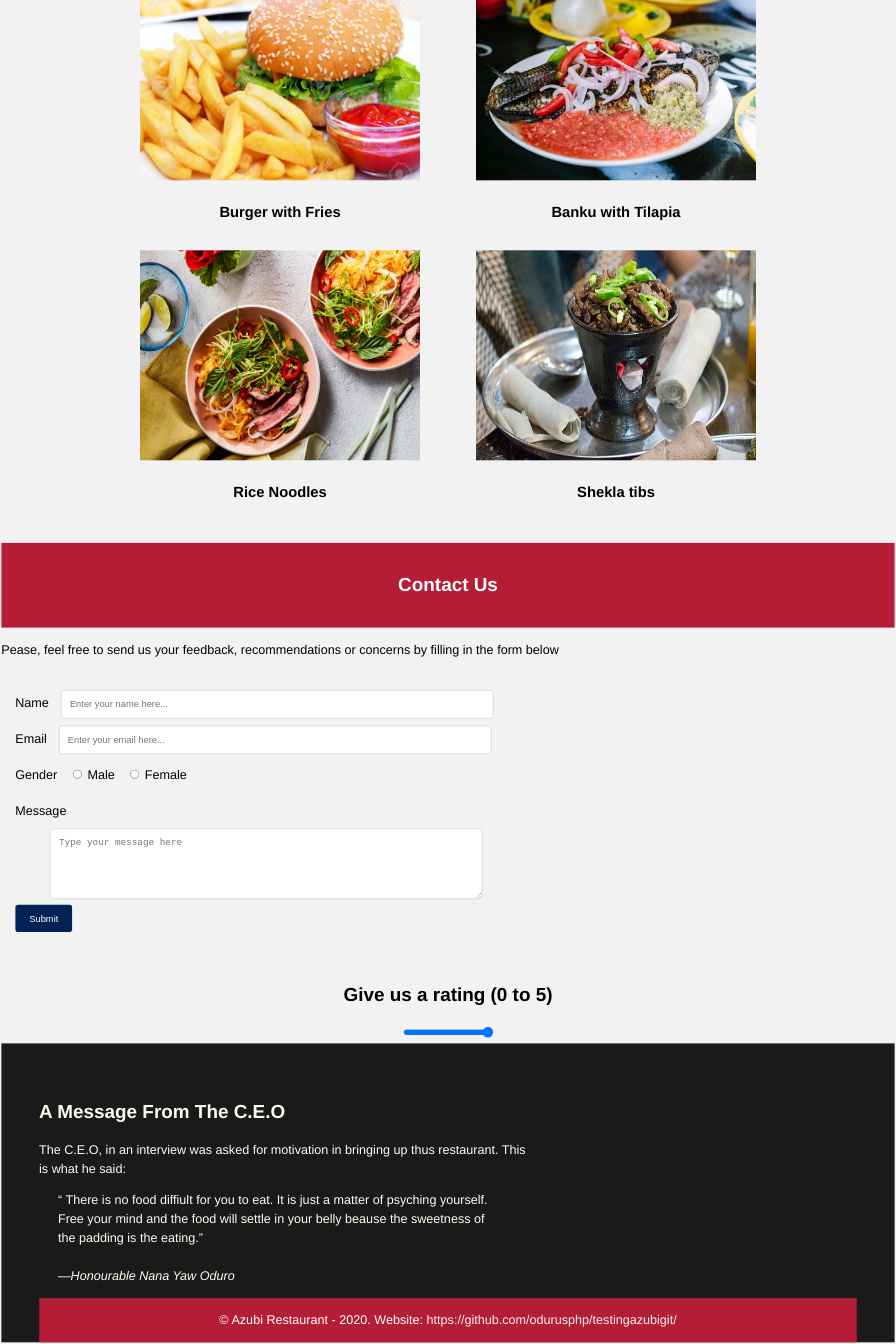
Repository: odurusphp/testingazubigit
Page: Fortune/FortunatusWulnye.html
These files come from the project's save history. The page is drawn as it stood at one moment and after the next save; the edit follows.
The browser window is 1280 px wide. The pictures show the part of the page from y = 2711 to 4631 px (the page is 4631 px tall), at 70% of full size.

Above is the page before, as saved 2020-08-05 22:04:33.

### Fortune/FortunatusWulnye.html
<!--COMMENTS THAT ARE MINE ARE WRITTEN IN CAPITAL LETTERS-->
<!--THE GENERAL STRUCTURE OF THE PAGE IS GOOD WITH THE INDENTATION TOO-->
<!--THE CLASSES THAT YOU IMPLEMENTED TOO ARE GREAT KEEP IT UP-->
<!DOCTYPE html>
<html lang="en">

<head>

    <meta charset="UTF-8" />
    <meta name="viewport" content="width=device-width, initial-scale=1.0" />
    <title>The Azubi Restaurant</title>
    <meta name="descrition" content="A website for Azubi restaurant">
    <meta name="author" content="Fortunatus Aabangbio Wulnye">
    <link rel="stylesheet" href="css/style.css">

</head>

<body>

    <header class="main-header">
        <div class="brand">
            <h1 class="site-title"><a href="#">THE AZUBI RESTAURANT</a></h1>
        </div>
    </header>

    <main class="main-container">
        <section class="about-main">

            <aside class="about-text">
                <div class="about-header">
                    <h2>About the restaurant</h2>
                </div>
                <p>
                    The Azubi Restaurant is a German-based restaurant which provides
                    it's customers with both <br />
                    local and continental dishes. It's headquarters is in Bielefeld in
                    Germany. Lorem ipsum dolor sit amet consectetur adipisicing elit. Libero quibusdam pariatur iste
                    assumenda iure laudantium placeat deserunt soluta neque voluptatum eaque, vitae magni ab ullam
                    consequatur reprehenderit harum modi esse.
                </p>
            </aside>

            <div class="about-fig">
                <p>The image below is an interior view of the restaurant with a caption.</p>
                <figure>
                    <img src="images/FortununatusWulnyeRestaurant.jpg" alt="Azubi Restaurant" /> <br>
                    <figcaption>The Azubi Restaurant</figcaption>
                </figure>
            </div>

        </section>

        <section class="main-branches">
            <div class="branches-header">
                <h2>Branches Worldwide</h2>
            </div>

            <div class="branches">
                <p>You will find all the various branches grouped under the countries:</p>
                <dl>
                    <div class="ghana">
                        <figure class="branch-img">
                            <a href="">
                                <img src="images/ghana-flag.png" />
                            </a>
                            <figcaption>
                                <dt class="country">
                                    <h3>Ghana</h3>
                                </dt>
                                <div class="location">
                                    <dd><a href="#">Adenta - Accra</a></dd>
                                    <dd><a href="#">Tishegu - Tamale</a></dd>
                                    <dd><a href="#">Santasi - Kumasi</a></dd>
                                </div>
                            </figcaption>
                        </figure>
                    </div>

                    <div class="ethiopia">
                        <figure class="branch-img">
                            <a href="">
                                <img src="images/ethiopia-flag.jpg" />
                            </a>
                            <figcaption>
                                <dt class="country">
                                    <h3>Ethiopia</h3>
                                </dt>
                                <div class="location">
                                    <dd><a href="#">Sodo</a></dd>
                                    <dd><a href="#">Harar</a></dd>
                                </div>
                            </figcaption>
                        </figure>
                    </div>


                    <div class="afghanistan">
                        <figure class="branch-img">
                            <a href="">
                                <img src="images/afg-flag.png" />
                            </a>
                            <figcaption>
                                <dt class="country">
                                    <h3>Afghanistan</h3>
                                </dt>
                                <div class="location">
                                    <dd><a href="#">Herat</a></dd>
                                    <dd><a href="#">Khost</a></dd>
                                </div>
                            </figcaption>
                        </figure>
                    </div>

                </dl>
            </div>

        </section>

        <section class="menus">
            <h2>Menus Available</h2>
            <p>The Azubi Restaurant provides both local and continental dishes. Some of which include:</p>
            <ul>
                <div class="menu-img">
                    <figure>
                        <a href="#"> <img src="images/jollof.jpg" alt="Jollof Rice with Chicken and Sausage"></a>
                        <figcaption>
                            <li><a href="#">
                                    <h3>Jollof with Chicken & Sausage</h3>
                                </a> </li>
                        </figcaption>
                    </figure>
                </div>
                <div class="menu-img">
                    <figure>
                        <a href="#"> <img src="images/apapransa.jpg" alt="Apapransa"></a>
                        <figcaption>
                            <li><a href="#">
                                    <h3>Apapransa</h3>
                                </a></li>
                        </figcaption>
                    </figure>
                </div>
                <div class="menu-img">
                    <figure>
                        <a href="#"> <img src="images/burger_with_fries.jpg" alt="Burger with Fries"></a>
                        <figcaption>
                            <li><a href="#">
                                    <h3>Burger with Fries</h3>
                                </a></li>
                        </figcaption>
                    </figure>
                </div>
                <div class="menu-img">
                    <figure>
                        <a href="#"> <img src="images/banku_with_tilapia.jpg" alt="Banku with Tilapia"></a>
                        <figcaption>
                            <li><a href="">
                                    <h3>Banku with Tilapia</h3>
                                </a></li>
                        </figcaption>
                    </figure>
                </div>

                <div class="menu-img">
                    <figure>
                        <a href="#"> <img src="images/Rice-Noodle-Red-Curry-Bowls-with-Steak-and-cabbage.jpg"
                                alt="Rice-Noodle-Red-Curry-Bowls-with-Steak-and-cabbage"></a>
                        <figcaption>
                            <li><a href="">
                                    <h3>Rice Noodles</h3>
                                </a></li>
                        </figcaption>
                    </figure>
                </div>

                <div class="menu-img">
                    <figure>
                        <a href="#"> <img src="images/shekla-tibs.jpg" alt="Sliced meat served in a clay dish"></a>
                        <figcaption>
                            <li><a href="">
                                    <h3>Shekla tibs</h3>
                                </a></li>
                        </figcaption>
                    </figure>
                </div>
            </ul>
        </section>

        <div class="Contact-us">
            <div class="contact-us-header">
                <h2>Contact Us</h2>
            </div>
            <p>Pease, feel free to send us your feedback, recommendations or concerns by filling in the form below</p>
            <div class="form-container">
                <form action="" method="POST">
                    <label for="fname">Name</label>
                    <input type="text" name="fname" placeholder="Enter your name here..." required> <br>

                    <label for="email">Email</label>
                    <input type="text" name="email" placeholder="Enter your email here..." required> <br>

                    <label for="gender">Gender</label>
                    <input type="radio" id="male" value="male">
                    <label for="gender">Male</label>
                    <input type="radio" id="female" value="female">
                    <label for="gender">Female</label> <br>
                    <div class="messsage">
                        <label for="subject">Message</label> <br>
                        <textarea name="message" id="" cols="20" rows="5" placeholder="Type your message here"
                            class="msg"></textarea>
                    </div>

                    <input type="submit" value="Submit" /><br>
                </form>
            </div>

        </div>
        <br>
        <div class="rating">
            <h2>Give us a rating (0 to 5)</h2>
            <div class="slider">
                <input type="range" min="0" max="5" value="50">
            </div>
        </div>

    </main>

    <footer class="footer">
        <div class="ceomessage">
            <h2>A Message From The C.E.O</h2>
            <P>The C.E.O, in an interview was asked for motivation in bringing up thus restaurant. This<br> is what he
                said:
            <blockquote> <q> There is no food diffiult for you to eat. It is just a matter of psyching yourself.<br>
                    Free your mind and the food
                    will settle in your belly beause the sweetness of <br> the padding is the eating.</q><br> <br>
                &mdash;<cite>Honourable Nana Yaw Oduro</cite>
            </blockquote>
            </P>
        </div>

        <div class="footer-link">
            &copy; Azubi Restaurant - 2020. Website: <a href="#">https://github.com/odurusphp/testingazubigit/</a>
        </div>
    </footer>

</body>

</html>

### Fortune/css/style.css
* {
  box-sizing: border-box;
}

html {
  font-family: sans-serif;
  -webkit-text-size-adjust: 100%;
  -ms-text-size-adjust: 100%;
  justify-content: center;
  align-items: middle;
}
body {
  margin: 0;
  background-color: hsl(0, 0%, 95%);
  padding: 0.1em;
  font-family: "Source Sans Pro", "Helvetica", Arial, sans-serif;
  font-size: 18px;
  line-height: 1.5;
}

/*--------------------------------------------------------------
Header styles
--------------------------------------------------------------*/

.main-header {
  padding: 1em 0;
  background-color: #002254;
}

.brand {
  /* padding: 70px 0; */
  text-align: center;
  border: "0.5rem solid pink";
}
.site-title a {
  text-decoration: none;
  color: #fff;
}

.about-main {
  display: flex;
}

.about-header {
  text-align: center;
}

.about-text {
  display: flex;
  flex-direction: column;
  justify-content: center;
}

.about-fig {
  display: flex;
  flex-direction: column;
  justify-content: center;
  text-align: center;
}

.about-fig img {
  display: block;
  border: 0;
  width: 80%;
  height: 80%;
}

.main-container {
  border-radius: 2px;
}

.branches-header {
  padding: 0.5em 0.5em;
  background-color: #b51c35;
  text-align: center;
  border: "0.5rem solid pink";
  text-decoration: none;
  color: #fff;
  font-size: 24px;
}

.branches img {
  width: 400px;
  height: 300px;
}

dl {
  display: flex;
  flex-wrap: wrap;
  margin: 3em auto 2em;
  padding: 0;
  justify-content: center;
}

.country h3 {
  text-align: center;
}

dd a {
  text-decoration: none;
  line-height: 1.6em;
  color: #000;
}

dd a:hover {
  color: #002254;
}
dd a:active {
  color: green;
}

.menus::before {
  display: block;
  height: 4em;
  content: "";
  background: #002254 url("../images/square_bg.svg") repeat;
}

.menus h2 {
  text-align: center;
  font-size: 40px;
  font-weight: bold;
}

.menus img {
  width: 400px;
  height: 300px;
}

.menu-img a {
  text-decoration: none;
  text-align: center;
  color: #000;
}

ul {
  display: flex;
  flex-wrap: wrap;
  margin: 3em auto 2em;
  padding: 0;
  justify-content: center;
  list-style: none;
}

.contact-us {
  justify-content: center;
  text-align: center;
}

.contact-us-header {
  background-color: #b51c35;
  text-align: center;
  color: #fff;
  padding: 1em 0;
}
.contact-us aside,
figcaption,
figure,
footer,
header,
main,
section {
  display: block;
}

.form-container {
  border-radius: 5px;
  background-color: #f2f2f2;
  padding: 20px;
}

label {
  padding: 12px 12px 12px 0;
  display: inline-block;
}

input[type="text"],
select,
textarea {
  width: 50%;
  padding: 12px;
  border: 1px solid #ccc;
  border-radius: 4px;
  resize: vertical;
}

input[type="submit"] {
  background-color: #002254;
  color: white;
  padding: 12px 20px;
  border: none;
  border-radius: 4px;
  cursor: pointer;
}

input[type="submit"]:hover {
  background-color: #45a049;
}

.msg {
  margin-left: 4%;
}
a:active,
a:hover {
  outline: 0;
}

b,
strong {
  font-weight: bold;
}

p {
  display: block;
  margin-block-start: 1em;
  margin-block-end: 1em;
  margin-inline-start: 0px;
  margin-inline-end: 0px;
}

h1 {
  font-size: 2em;
  margin: 0.67em 0;
}

input::-moz-focus-inner {
  border: 0;
  padding: 0;
}

blockquote {
  margin: 0 1.5em;
}

.rating {
  text-align: center;
}
.footer {
  padding: 3em 3em 0;
  background: hsl(0, 0%, 10%);
  color: #fffced;
}
.ceomessage {
  background-color: hsl(0, 0%, 10%);
  color: #fffced;
}

.footer-link {
  background-color: #b51c35;
  text-align: center;
  color: #fff;
  padding: 1em 0;
  width: auto;
}

.footer-link a {
  text-decoration: none;
  color: #f2f2f2;
}

After the next save:
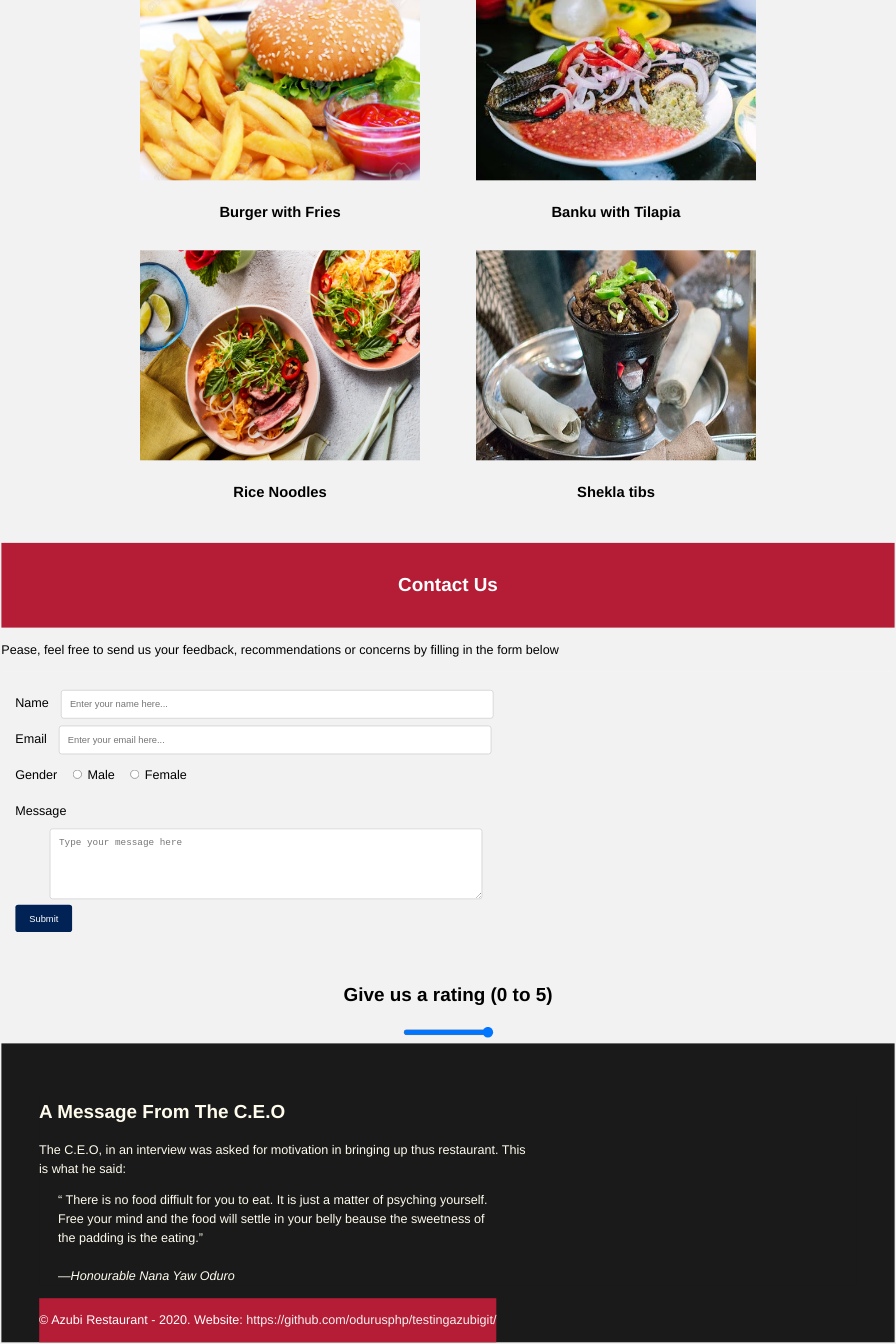
Saved 17 s later.
--- a/Fortune/css/style.css
+++ b/Fortune/css/style.css
@@ -250,7 +250,7 @@
   text-align: center;
   color: #fff;
   padding: 1em 0;
-  width: auto;
+  width: max-content;
 }
 
 .footer-link a {

After the save that followed:
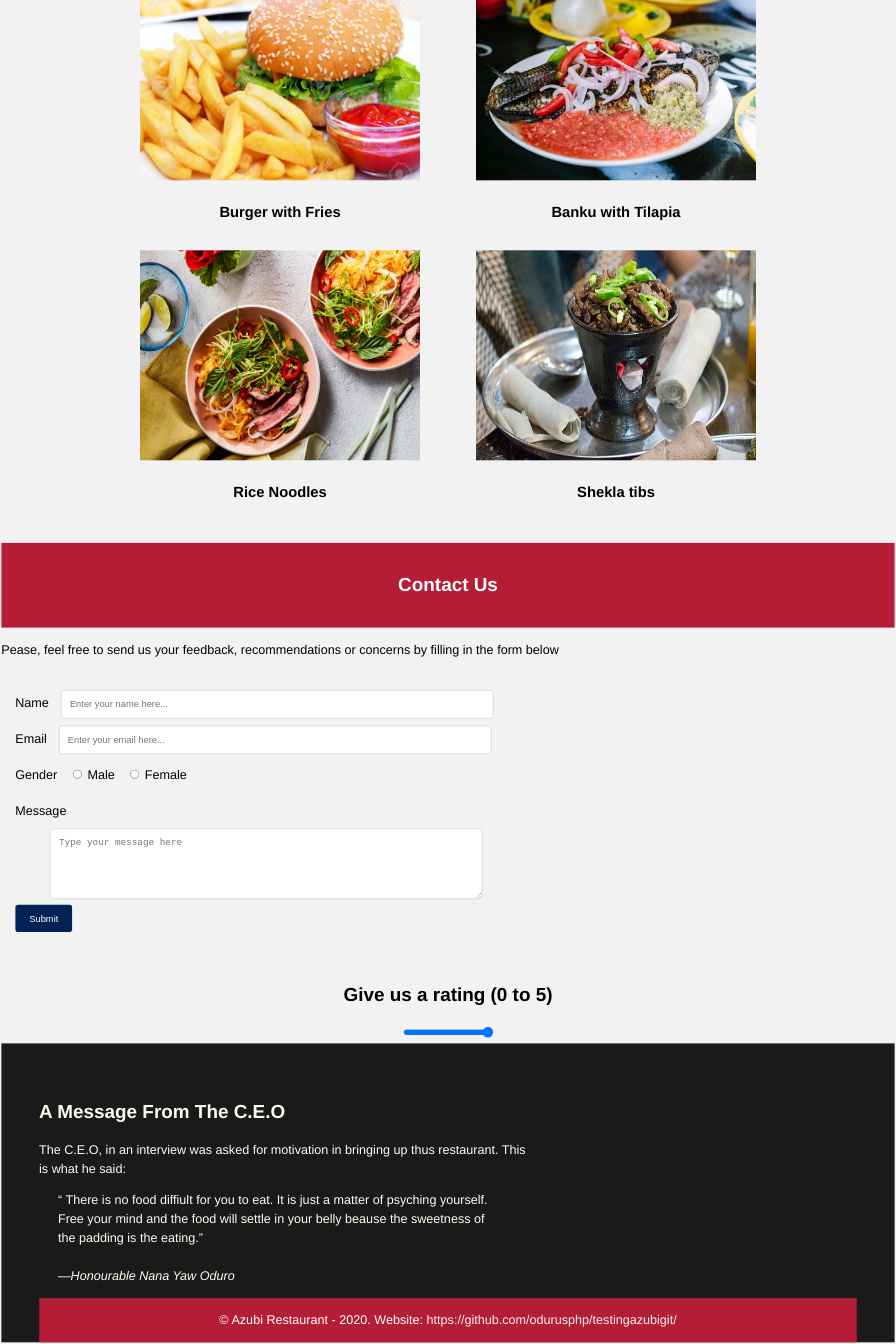
Saved 9 s later.
--- a/Fortune/css/style.css
+++ b/Fortune/css/style.css
@@ -250,7 +250,7 @@
   text-align: center;
   color: #fff;
   padding: 1em 0;
-  width: max-content;
+  width: 100%;
 }
 
 .footer-link a {
